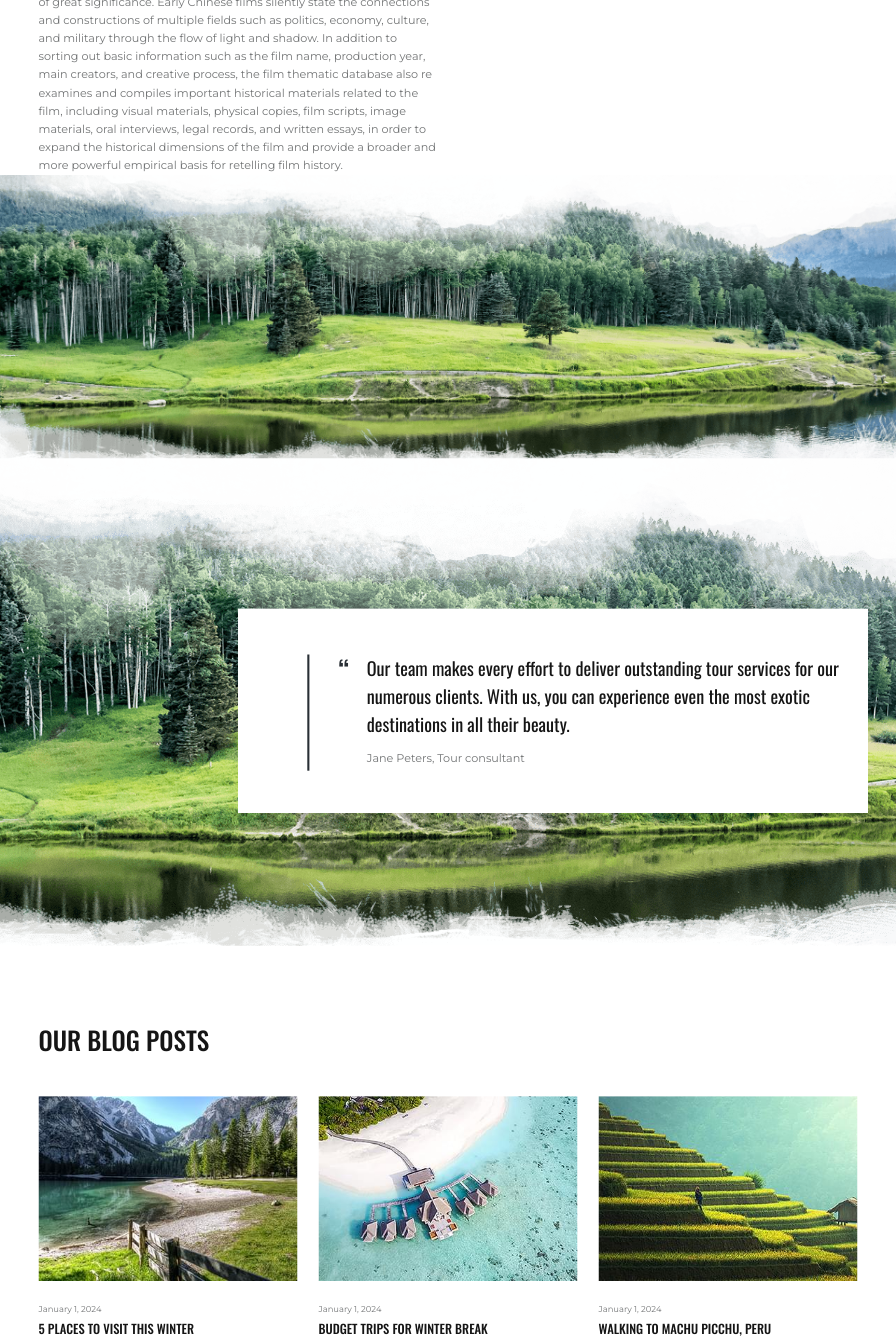
Repository: Jquarker/Modern-Film-Database
Page: index.html
An editor plug-in stored every save of this project. The page is shown before and after the next save, followed by the edit.
The browser window is 1280 px wide. The pictures show the part of the page from y = 4040 to 5960 px (the page is 6730 px tall before and 6322 px after), at 70% of full size.

Above is the page before, as saved 2025-02-21 11:49:04.

### index.html
<!DOCTYPE html>
<html class="wide wow-animation" lang="en">
  <head>
    <title>Home</title>
    <meta charset="utf-8">
    <meta name="viewport" content="width=device-width, height=device-height, initial-scale=1.0">
    <meta http-equiv="X-UA-Compatible" content="IE=edge">
    <link rel="icon" href="images/favicon.ico" type="image/x-icon">
    <link rel="stylesheet" type="text/css" href="https://fonts.googleapis.com/css?family=Oswald:200,300,400,500,700%7CMontserrat:400,500,600">
    <link rel="stylesheet" href="css/bootstrap.css">
    <link rel="stylesheet" href="css/fonts.css">
    <link rel="stylesheet" href="css/style.css">
  </head>
  <body>
    <div class="preloader">
      <div class="preloader-body">
        <div class="cssload-container">
          <div class="cssload-speeding-wheel"></div>
        </div>
        <p>Loading...</p>
      </div>
    </div>
    <div class="page">
      <header class="section page-header">
        <!--RD Navbar-->
        <div class="rd-navbar-wrap">
          <nav class="rd-navbar rd-navbar-classic" data-layout="rd-navbar-fixed" data-sm-layout="rd-navbar-fixed" data-md-layout="rd-navbar-fixed" data-md-device-layout="rd-navbar-fixed" data-lg-layout="rd-navbar-static" data-lg-device-layout="rd-navbar-static" data-xl-layout="rd-navbar-static" data-xl-device-layout="rd-navbar-static" data-lg-stick-up-offset="46px" data-xl-stick-up-offset="46px" data-xxl-stick-up-offset="46px" data-lg-stick-up="true" data-xl-stick-up="true" data-xxl-stick-up="true">
            <div class="rd-navbar-collapse-toggle rd-navbar-fixed-element-1" data-rd-navbar-toggle=".rd-navbar-collapse"><span></span></div>
            <div class="rd-navbar-main-outer">
              <div class="rd-navbar-main">
                <!--RD Navbar Panel-->
                <div class="rd-navbar-panel">
                  <!--RD Navbar Toggle-->
                  <button class="rd-navbar-toggle" data-rd-navbar-toggle=".rd-navbar-nav-wrap"><span></span></button>
                  <!--RD Navbar Brand-->
                  <div class="rd-navbar-brand">
                    <!--Brand--><a class="brand" href="index.html"><p style="font-size: 30px; width: 400px; height:30px;">早期电影史料数据库</p></a>
                  </div>
                </div>
                <div class="rd-navbar-main-element">
                  <div class="rd-navbar-nav-wrap">
                    <ul class="rd-navbar-nav">
                      <li class="rd-nav-item active"><a class="rd-nav-link" href="index.html">Home</a>
                      </li>
                      <li class="rd-nav-item"><a class="rd-nav-link" href="about.html">About</a>
                      </li>
                      <li class="rd-nav-item"><a class="rd-nav-link" href="tours.html">Tours</a>
                        <ul class="rd-menu rd-navbar-dropdown">
                          <li class="rd-dropdown-item"><a class="rd-dropdown-link" href="single-tour.html">Single Tour</a>
                          </li>
                        </ul>
                      </li>
                      <li class="rd-nav-item"><a class="rd-nav-link" href="services.html">Services</a>
                        <ul class="rd-menu rd-navbar-dropdown">
                          <li class="rd-dropdown-item"><a class="rd-dropdown-link" href="single-service.html">Single Service</a>
                          </li>
                        </ul>
                      </li>
                      <li class="rd-nav-item"><a class="rd-nav-link" href="#">Pages</a>
                        <ul class="rd-menu rd-navbar-megamenu">
                          <li class="rd-megamenu-item">
                            <h6 class="rd-megamenu-title"><a href="pages-1.html">Pages 1</a></h6>
                            <ul class="rd-megamenu-list">
                              <li class="rd-megamenu-list-item"><a class="rd-megamenu-list-link" href="typography.html">Typography</a></li>
                              <li class="rd-megamenu-list-item"><a class="rd-megamenu-list-link" href="buttons.html">Buttons</a></li>
                              <li class="rd-megamenu-list-item"><a class="rd-megamenu-list-link" href="forms.html">Forms</a></li>
                              <li class="rd-megamenu-list-item"><a class="rd-megamenu-list-link" href="tabs-and-accordions.html">Tabs and accordions</a></li>
                              <li class="rd-megamenu-list-item"><a class="rd-megamenu-list-link" href="progress-bars.html">Progress bars</a></li>
                              <li class="rd-megamenu-list-item"><a class="rd-megamenu-list-link" href="tables.html">Tables</a></li>
                            </ul>
                          </li>
                          <li class="rd-megamenu-item">
                            <h6 class="rd-megamenu-title">Pages 2</h6>
                            <ul class="rd-megamenu-list">
                              <li class="rd-megamenu-list-item"><a class="rd-megamenu-list-link" href="grid-system.html">Grid system</a></li>
                              <li class="rd-megamenu-list-item"><a class="rd-megamenu-list-link" href="privacy-policy.html">Privacy policy</a></li>
                              <li class="rd-megamenu-list-item"><a class="rd-megamenu-list-link" href="search-results.html">Search results</a></li>
                              <li class="rd-megamenu-list-item"><a class="rd-megamenu-list-link" href="under-construction.html">Under-construction</a></li>
                            </ul>
                          </li>
                        </ul>
                      </li>
                      <li class="rd-nav-item"><a class="rd-nav-link" href="contacts.html">Contacts</a>
                      </li>
                    </ul>
                  </div>
                  <!--RD Navbar Search-->
                  <div class="rd-navbar-search">
                    <button class="rd-navbar-search-toggle rd-navbar-fixed-element-2" data-rd-navbar-toggle=".rd-navbar-search"><span></span></button>
                    <form class="rd-search" action="search-results.html" data-search-live="rd-search-results-live" method="GET">
                      <div class="form-wrap">
                        <label class="form-label" for="rd-navbar-search-form-input">Search...</label>
                        <input class="rd-navbar-search-form-input form-input" id="rd-navbar-search-form-input" type="text" name="s" autocomplete="off">
                        <div class="rd-search-results-live" id="rd-search-results-live"></div>
                      </div>
                      <button class="rd-search-form-submit fa-search" type="submit"></button>
                    </form>
                  </div>
                </div>
              </div>
            </div>
          </nav>
        </div>
      </header>
      <!--Swiper-->
      <section class="section swiper-container swiper-slider swiper-slider-1" data-autoplay="5000" data-swiper='{"simulateTouch":false,"speed":500}'>
        <div class="swiper-wrapper text-center">
          <div class="swiper-slide context-dark" data-slide-bg="images/test1.png"><!--宣传图-->
            <div class="swiper-slide-caption section-md">
              <div class="container">
                <div class="row justify-content-lg-center">
                  <div class="col-lg-8">
                    <!--<div class="intro-box">
                      <div class="intro-box__floating-text">Journey</div>
                      <div class="intro-box__title"><span data-caption-animate="fadeInUp" data-caption-delay="200">Exploring</span><span data-caption-animate="fadeInUp" data-caption-delay="300">the world</span></div>
                      <div class="intro-box__video" data-caption-animate="fadeInUp" data-caption-delay="400"><a href="#" data-lightgallery="item">Watch the video</a></div>
                    </div>-->
                  </div>
                </div>
              </div>
            </div>
          </div>
          <div class="swiper-slide context-dark" data-slide-bg="images/test2.png">
            <div class="swiper-slide-caption section-md">
              <div class="container">
                <div class="row justify-content-lg-center">
                  <div class="col-lg-8">
                    <!--<div class="intro-box">
                      <div class="intro-box__floating-text">Journey</div>
                      <div class="intro-box__title"><span data-caption-animate="fadeInUp" data-caption-delay="200">Best</span><span data-caption-animate="fadeInUp" data-caption-delay="300">Destinations</span></div>
                      <div class="intro-box__video" data-caption-animate="fadeInUp" data-caption-delay="400"><a href="#" data-lightgallery="item">Watch the video</a></div>
                    </div>-->
                  </div>
                </div>
              </div>
            </div>
          </div>
          <div class="swiper-slide context-dark" data-slide-bg="images/test3.png">
            <div class="swiper-slide-caption section-md">
              <div class="container">
                <div class="row justify-content-lg-center">
                  <div class="col-lg-8">
                    <!--<div class="intro-box">
                      <div class="intro-box__floating-text">Journey</div>
                      <div class="intro-box__title"><span data-caption-animate="fadeInUp" data-caption-delay="200">Memorable</span><span data-caption-animate="fadeInUp" data-caption-delay="300">Experiences</span></div>
                      <div class="intro-box__video" data-caption-animate="fadeInUp" data-caption-delay="400"><a href="#" data-lightgallery="item">Watch the video</a></div>
                    </div>-->
                  </div>
                </div>
              </div>
            </div>
          </div>
        </div>
        <!--Swiper Pagination-->
        <div class="swiper-pagination"></div>
        <!--Swiper Navigation-->
        <div class="swiper-button-prev fa-arrow-left"></div>
        <div class="swiper-button-next fa-arrow-right"></div>
      </section>
      <!--Way to Travel-->
      <section class="section section-custom-1 bg-image-1">
        <div class="container">
          <div class="row row-30">
            <div class="col-xl-5 position-relative">
              <h2><span class="wow fadeInLeft d-xl-block">Explore a different</span><span class="wow fadeInLeft d-xl-block" data-wow-delay=".2s">way to travel</span></h2>
              <p class="wow fadeInLeft offset-xl" data-wow-delay=".3s">Discover new cultures and have a wonderful rest with Backpack Story! Select the country you’d like to visit and provide our agents with estimated time – they’ll find and offer the most suitable tours and hotels.</p>
              <p class="wow fadeInLeft" data-wow-delay=".4s">During our work, we organized countless journeys for our clients. We started as a small tour bureau, and soon we expanded our offers list. Today we have valuable experience travelling and we can advise the most stunning resorts, cities and countries to visit!</p>
              <div class="offset-top-25 wow fadeInUp" data-wow-delay=".5s"><img src="images/signature-1-113x66.png" alt="" width="113" height="66"/>
              </div>
            </div>
            <div class="col-xl-7 position-relative">
              <div class="image-box inset-xl-1 wow fadeInUp">
                <div class="image-box__static"><img src="images/img-2-home-364x459.jpg" alt="" width="364" height="459"/>
                </div>
                <div class="image-box__float"><img src="images/img-1-home-364x459.jpg" alt="" width="364" height="459"/>
                </div>
              </div>
            </div>
          </div>
        </div>
      </section>
      <!--Call to action creative-->
      <section class="section bg-image-2 section-lg">
        <div class="container">
          <div class="row row-30 flex-column-reverse flex-lg-row">
            <div class="col-lg-4 d-flex flex-column justify-content-lg-center justify-content-xl-end wow fadeInLeft z-index align-items-center"><a class="floating-video-box" href="#" data-lightgallery="item"><img src="images/video-overlay-370x288.jpg" alt="" width="370" height="288"/><span class="icon fa fa-play"></span></a></div>
            <div class="col-lg-8 column-bg-1">
              <div class="quote-classic-wrap">
                <div class="heading-4 wow fadeInUp">At Backpack Story, we personally plan and create all our tours to offer flexibility and unique impressions that you won't get anywhere else. Moreover, each tour is tailor-made for our customers to provide the experience they are looking for.</div>
                <p class="fst-italicwow fadeInUp" data-wow-delay=".2s">John Wilson, Agency director</p>
              </div>
            </div>
          </div>
        </div>
      </section>
      <!--Advantages-->
      <section class="section section-md bg-default">
        <div class="container">
          <div class="row row-30">
            <div class="col-lg-4 wow fadeInUp" data-wow-delay=".2s">
              <h2><a href="#">01. best Hotels</a></h2>
              <p class="offset-xl">We guarantee the best hotels and very comfortable rooms, which will be appreciated by every traveller. You will be absolutely happy with the hotel and will have a wonderful vacation there.</p>
            </div>
            <div class="col-lg-4 wow fadeInUp" data-wow-delay=".3s">
              <h2><a href="#">02. Tourist Guide</a></h2>
              <p class="offset-xl">We provide our clients with such a service as Tourist Guide. Its main goal is to ensure people with all necessary information any time it's needed. This service is similar to Customer Support with emphasis on travelling.</p>
            </div>
            <div class="col-lg-4 wow fadeInUp" data-wow-delay=".4s">
              <h2><a href="#">03. Flights Tickets</a></h2>
              <p class="offset-xl">You can book tickets on any plane online via our booking system. Here you have an opportunity to select your transport operator. Our representatives will help you with the details.</p>
            </div>
          </div>
        </div>
      </section>
      <!--Tours-->
      <section class="section section-lg bg-image-3">
        <div class="creative-bg">
          <div class="container">
            <div class="row row-30 justify-content-center" data-lightgallery="group">
              <div class="d-flex col-sm-6 col-lg-4 order-xl-1 order-1 wow fadeInLeft"><a class="info-box-classic" href="images/4_1.jpg" data-lightgallery="item"><img src="images/4_1.jpg" alt="" width="370" height="510"/>
                  <div class="info-box-classic__description">
                    <div class="heading-4">透明的上海</div>
                  </div></a></div>
              <div class="col-sm-12 col-lg-4 order-3 order-xl-2">
                <div class="row row-30">
                  <div class="col-lg-12 col-sm-6 wow fadeInUp" data-wow-delay=".2s"><a class="info-box-classic" href="images/4_2.jpg" data-lightgallery="item"><img src="images/4_2.jpg" alt="" width="370" height="510"/>
                      <div class="info-box-classic__description">
                        <div class="heading-4">希望在人间</div>
                      </div></a></div>
                  <div class="col-lg-12 col-sm-6 wow fadeInUp" data-wow-delay=".3s"><a class="info-box-classic" href="images/4_3.jpg" data-lightgallery="item"><img src="images/4_3.jpg" alt="" width="370" height="510"/>
                      <div class="info-box-classic__description">
                        <div class="heading-4">金粉霓裳</div>
                      </div></a></div>
                </div>
              </div>
            </div>
          </div>
        </div>
      </section>
      <!--Info Section-->
      <section class="section section-md bg-default">
        <div class="container">
          <h2>早期影片专题数据库</h2>
          <div class="row row-40 offset-lg">
            <div class="col-xl-6 wow fadeInLeft">
              <p>于影史长河中打捞起一帧帧历史影像意义重大，中国早期电影于光影流动之间默默陈述着政治、经济、文化、军事等多重场域的关联与互构。影片专题库数据除电影名称、出品年份、主创人员、创作历程等基本信息梳理外，对影片相关的影像资料、拷贝实物、电影剧本、图片资料、口述采访、典章记载、著述文论等重要史料进行再度考证整编，极力展拓影片的史料维度，以期为重述影史提供更为宽泛有力的实证性基础。</p>
            </div>
          </div>
          <h2>Early Film Special Database</h2>
          <div class="row row-40 offset-lg">
            <div class="col-xl-6 wow fadeInLeft">
              <p>Picking up frames of historical images in the long river of film history is of great significance. Early Chinese films
              silently state the connections and constructions of multiple fields such as politics, economy, culture, and military
              through the flow of light and shadow. In addition to sorting out basic information such as the film name, production
              year, main creators, and creative process, the film thematic database also re examines and compiles important historical
              materials related to the film, including visual materials, physical copies, film scripts, image materials, oral
              interviews, legal records, and written essays, in order to expand the historical dimensions of the film and provide a
              broader and more powerful empirical basis for retelling film history.
              </p>
            </div>
          </div>
        </div>
      </section>
      <section class="section section-lg bg-image-4">
        </div>
      </section>
      <section class="section section-lg bg-image-4">
        <div class="container">
          <div class="row justify-content-xl-end">
            <div class="col-xl-9 column-bg-2">
              <div class="quote-classic-wrap">
                <div class="heading-4 wow fadeInUp">Our team makes every effort to deliver outstanding tour services for our numerous clients. With us, you can experience even the most exotic destinations in all their beauty.</div>
                <p class="fst-italicwow fadeInUp" data-wow-delay=".2s">Jane Peters, Tour consultant</p>
              </div>
            </div>
          </div>
        </div>
      </section>
      <!--Blog Post-->
      <section class="section section-lg">
        <div class="container">
          <h2 class="text-center text-md-start">Our blog posts</h2>
          <div class="row row-30">
            <div class="col-lg-4 col-md-6">
              <div class="post-classic"><a class="post-classic__media" href="#"><img src="images/blog-post-1-370x264.jpg" alt="" width="370" height="264"/></a>
                <div class="post-classic-caption"><span>January 1, 2024</span>
                  <h5><a href="#">5 PLACES TO VISIT THIS WINTER</a></h5>
                  <p>New Year and Christmas holidays is a great occasion to travel somewhere. You can either go somewhere with you family or friends, or even alone....</p>
                </div>
              </div>
            </div>
            <div class="col-lg-4 col-md-6">
              <div class="post-classic"><a class="post-classic__media" href="#"><img src="images/blog-post-2-370x264.jpg" alt="" width="370" height="264"/></a>
                <div class="post-classic-caption"><span>January 1, 2024</span>
                  <h5><a href="#">Budget Trips for Winter Break</a></h5>
                  <p>Budget trip doesn’t mean boring! There are numerous places worth visiting even if you don’t have much money. The golden sands of Florida and California...</p>
                </div>
              </div>
            </div>
            <div class="col-lg-4 col-md-6">
              <div class="post-classic"><a class="post-classic__media" href="#"><img src="images/blog-post-3-370x264.jpg" alt="" width="370" height="264"/></a>
                <div class="post-classic-caption"><span>January 1, 2024</span>
                  <h5><a href="#">Walking to Machu Picchu, Peru</a></h5>
                  <p>Machu Picchu is mysterious and attractive place for all tourists visiting Peru. If you agree to take this path you need to know more information...</p>
                </div>
              </div>
            </div>
          </div>
        </div>
      </section>
      <!--Footer-->
      <footer class="section footer-classic context-dark">
        <div class="container">
          <div class="row row-narrow-40 row-30">
            <div class="col-lg-6 text-center wow fadeInLeft" data-wow-delay=".1s">
              <div class="footer-media"><img src="images/footer-img-570x402.jpg" alt="" width="570" height="402"/>
              </div>
            </div>
            <div class="col-lg-6 wow fadeInRight" data-wow-delay=".2s">
              <div class="footer-classic_subscribe">
                <h2>Newsletter Signup</h2>
                <h5 class="text-primary">SIGN UP NOW TO RECEIVE HOT SPECIAL OFFERS AND INFORMATION ABOUT THE BEST TOURS!</h5>
                <form class="rd-form rd-mailform rd-form-inline subscribe-form" data-form-output="form-output-global" data-form-type="subscribe" method="post" action="bat/rd-mailform.php">
                  <div class="form-wrap">
                    <input class="form-input" id="subscribe-form-email-5" type="email" name="email" data-constraints="@Email @Required">
                    <label class="form-label" for="subscribe-form-email-5">Enter your e-mail</label>
                    <div class="form-button">
                      <button class="button button-primary fa fa-chevron-circle-right" type="submit"></button>
                    </div>
                  </div>
                </form>
              </div>
            </div>
          </div>
        </div>
        <div class="footer-classic-aside">
          <div class="container">
            <div class="row justify-content-between flex-column-reverse flex-md-row row-20">
              <div class="col-xl-6 col-md-8">
                <div class="footer-classic-aside__group">
                  <!--Brand--><a class="brand" href="index.html"><img class="brand-logo-dark" src="images/logo-default-225x39.png" alt="" width="112" height="19"/><img class="brand-logo-light" src="images/logo-default-225x39.png" alt="" width="112" height="19"/></a>
                  <p class="rights"><span>Copyright</span><span>&nbsp;</span><span>&copy;&nbsp;</span><span class="copyright-year"></span><span>&nbsp;</span><span>All Rights Reserved</span> <a target="_blank" href="https://www.mobanwang.com/" title="网站模板">网站模板</a></p>
                </div>
              </div>
              <div class="col-xl-3 col-md-4">
                <ul class="social-list">
                  <li class="wow fadeInUp" data-wow-delay=".1s"><a href="#"><span class="icon fa fa-facebook"></span></a></li>
                  <li class="wow fadeInUp" data-wow-delay=".2s"><a href="#"><span class="icon fa fa-twitter"></span></a></li>
                  <li class="wow fadeInUp" data-wow-delay=".3s"><a href="#"><span class="icon fa fa-instagram"></span></a></li>
                  <li class="wow fadeInUp" data-wow-delay=".4s"><a href="#"><span class="icon fa fa-pinterest"></span></a></li>
                </ul>
              </div>
            </div>
          </div>
        </div>
      </footer>
    </div>
    <div class="snackbars" id="form-output-global"></div>
    <script src="js/core.min.js"></script>
    <script src="js/script.js"></script>
  </body>
</html>

Loaded but not shown: css/bootstrap.css (library); css/fonts.css (library); css/style.css (library); js/core.min.js (library); js/script.js (1533 lines, source omitted)

After the next save:
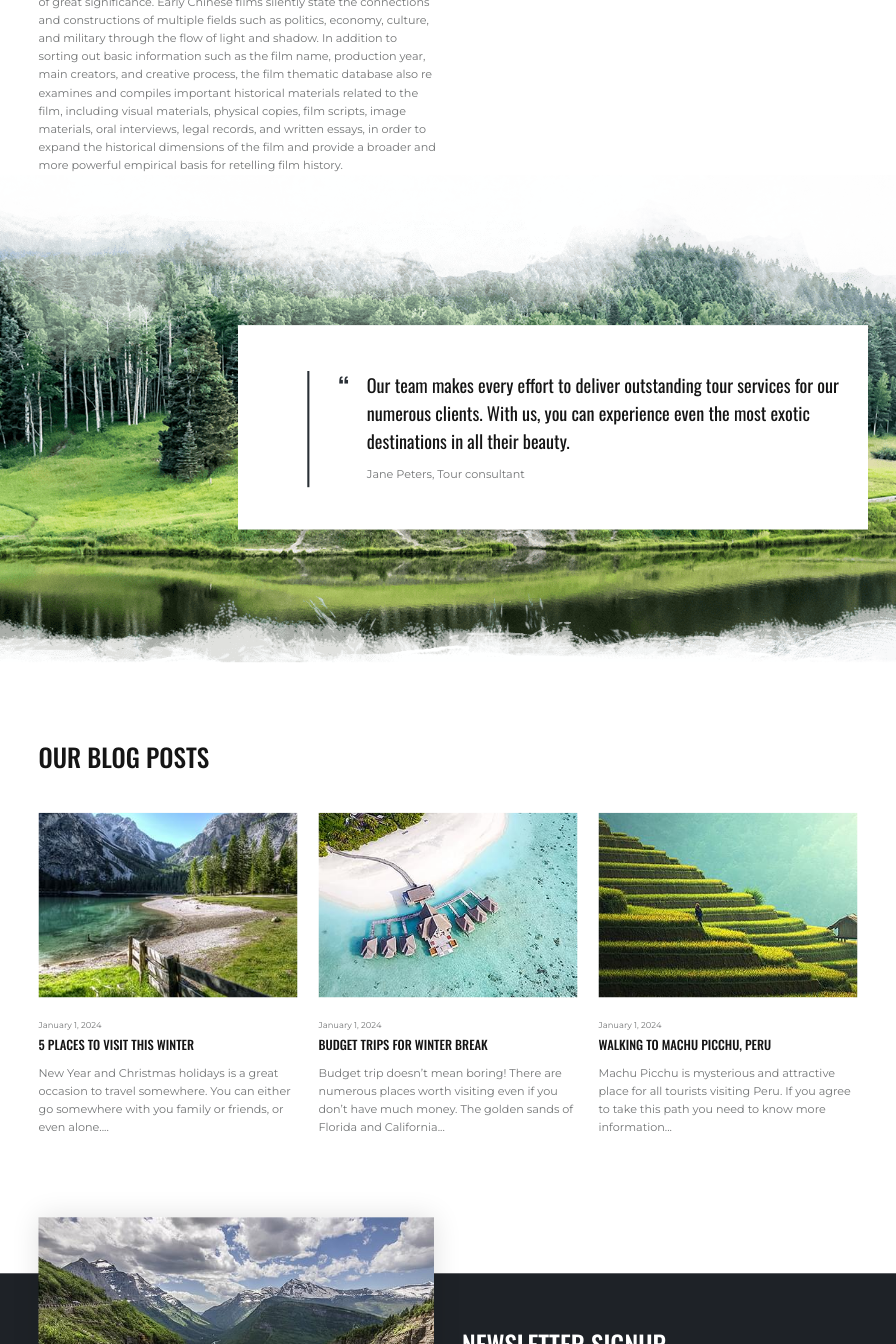
Saved 6 s later.
--- a/index.html
+++ b/index.html
@@ -262,9 +262,6 @@
         </div>
       </section>
       <section class="section section-lg bg-image-4">
-        </div>
-      </section>
-      <section class="section section-lg bg-image-4">
         <div class="container">
           <div class="row justify-content-xl-end">
             <div class="col-xl-9 column-bg-2">
